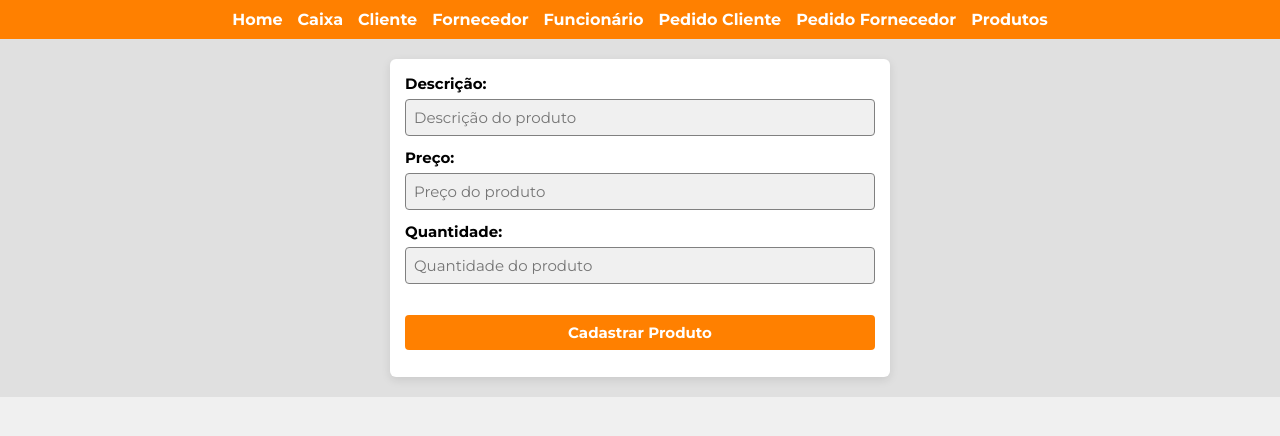
Repository: walterdmp/JavaWeb_BartoBotinas
Page: http://localhost/BartoBotinas/cadastrarProduto.jsp
The author's editor kept a copy of each file at every save. The page is drawn from the files as they stood at one save, then again after the next save.
The browser window is 1280 px wide. The pictures show the whole page.
The page is served by Tomcat 9.

Above is the page before, as saved 2024-07-31 20:34:47.

After the next save:
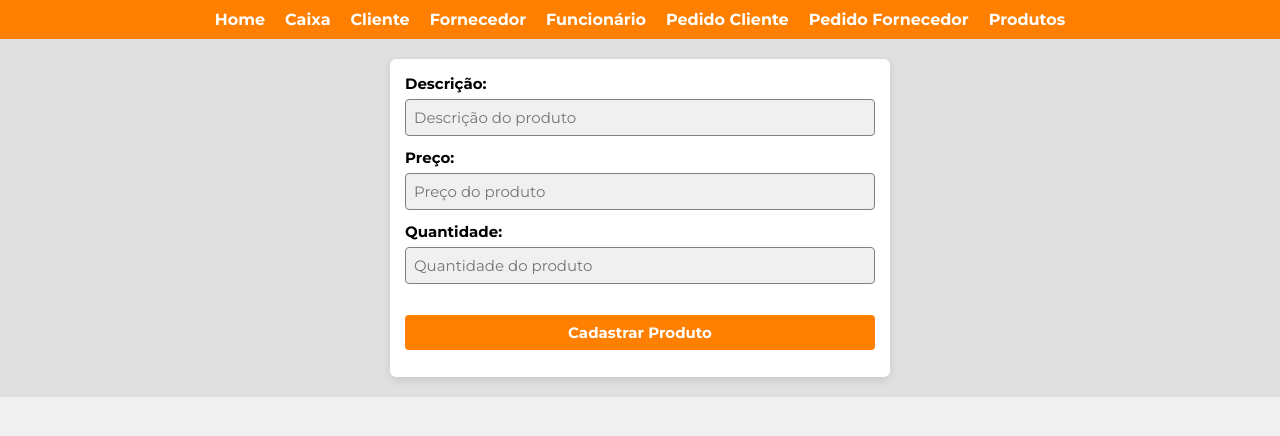
Saved 79 min 1 s later.
--- a/BartoBotinas/WebContent/css/estilo.css
+++ b/BartoBotinas/WebContent/css/estilo.css
@@ -24,7 +24,7 @@ body {
 .bartoNav ul {
 	display: flex;
 	flex-direction: row;
-	gap: 15px; /* Ajustado para reduzir o espaço entre itens */
+	gap: 20px; /* Ajustado para reduzir o espaço entre itens */
 	justify-content: center;
 	padding: 10px; /* Ajustado para reduzir o padding */
 	color: white;
